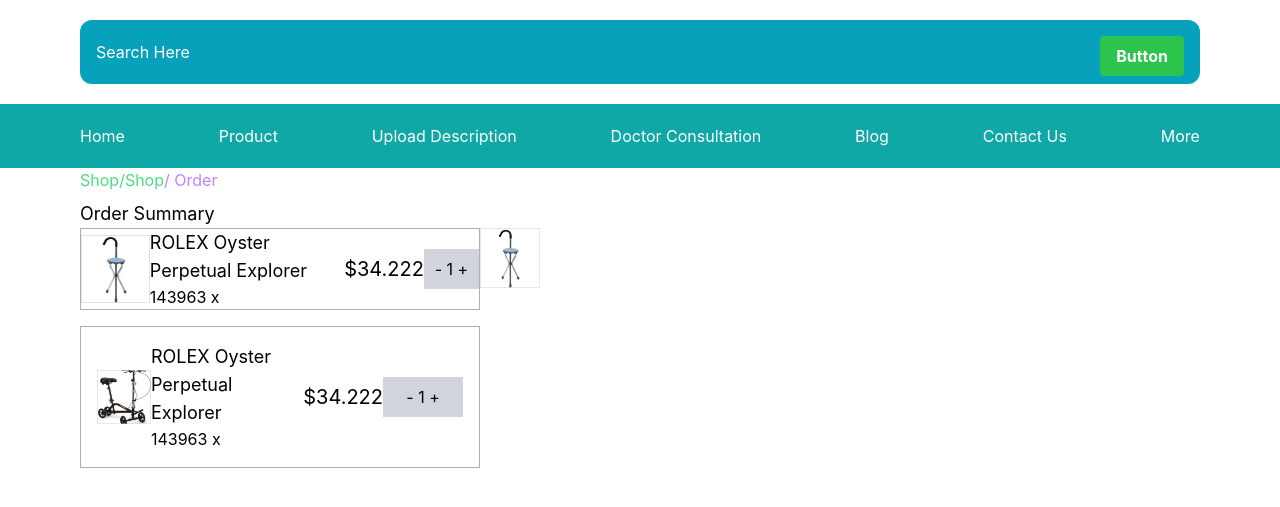
Repository: arafatmollah/pharma
Page: /
The author's editor kept a copy of each file at every save. The page is drawn from the files as they stood at one save, then again after the next save.
The browser window is 1280 px wide. The pictures show the whole page.
The project was rebuilt for these pictures with package versions that can differ from the ones it lists, and the page was loaded fresh each time.

Above is the page before, as saved 2023-03-12 21:48:18.

### src/App.js

import './App.css';
import Nav from './Nav';
import Order from './Order';

function App() {
  return (
    <div className="App">
      <Nav></Nav>
      <Order></Order>
    </div>
  );
}

export default App;

### src/App.css
.box-border{
    background-color: #08A1BC;
}
.btn {
    @apply font-bold py-2 px-4 rounded;
    background-color: #2BC44C;
    color: white;
  }
  .btn-blue {
    @apply bg-blue-500 text-white;
  }
  .btn-blue:hover {
    @apply bg-blue-700;
  }
.nav{
    background-color: #0FA8A6;
}
.order{
    border: 1px solid rgb(175, 175, 175);
    border: 100%;
}
.list{
  display: grid;
  grid-template-columns: 400px 60px;
}

### src/Nav.js
import React from 'react'
import './App.css';

function Nav() {
  return (
    <div>
        <div className='box-border h-16 w-100 p-4 mx-20 my-5 rounded-xl'>
          <div className='flex justify-between align-middle'>
                <p className='text-white mt-1'>Search Here</p>
                <button class="btn mb-1"> Button</button>
          </div>
        </div>
        <div className='box-border h-16 w-100 nav'>
            <div className='flex mx-20 items-center justify-between text-white'>
            <div className='mt-5'>Home</div>
            <div className='mt-5'> Product</div>
            <div className='mt-5'>Upload Description</div>
            <div className='mt-5'>Doctor Consultation</div>
            <div className='mt-5'>Blog</div>
            <div className='mt-5'>Contact Us</div>
            <div className='mt-5'>More</div>
            </div>
        </div>
    </div>
  )
}

export default Nav

### src/Order.js
import React from 'react'
import img from './images/img.png'
import im from './images/im.png'

function order() {
  return (
    <div>
        <div className='flex mx-20'>
            <p className='text-green-400'>Shop</p>
            <p className='text-green-400'>/Shop</p>
            <p className='text-purple-400'>/ Order</p>
        </div>
        <div className='mt-2 mx-20'>
          <h3 className='text-lg'>Order Summary</h3>
        </div>
        <div className='mx-20 list'>
          <div>
          <div className='flex border-box w-100 order justify-center items-center justify-between'>
            <div>
              <img src={img}></img>
            </div>
            <div>
              <h1 className='text-lg'>ROLEX Oyster Perpetual Explorer</h1>
              <p>143963 x</p>
            </div>
            <div>
              <h3 className='text-xl'>$34.222</h3>
            </div>
            <div className='bg-gray-300 h-10 w-20 flex justify-center items-center'>
                - 1 +
              </div>
          </div>
          <div className='flex border-box p-4 order mt-4 justify-between justify-center items-center'>
            <div>
              <img src={im}></img>
            </div>
            <div>
              <h1 className='text-lg'>ROLEX Oyster Perpetual Explorer</h1>
              <p>143963 x</p>
            </div>
            <div>
              <h3 className='text-xl'>$34.222</h3>
            </div>
            <div>
              <div className='bg-gray-300 h-10 w-20 flex justify-center items-center'>
                - 1 +
              </div>
            </div>
          </div>
          </div>
          <div>
          <div>
            <img src={img}></img>
          </div>
        </div>
        </div>

    </div>
  )
}

export default order

Loaded but not shown: public/index.html (common file); src/index.js (common file); src/index.css (common file); src/reportWebVitals.js (common file); tailwind.config.js (common file)

After the next save:
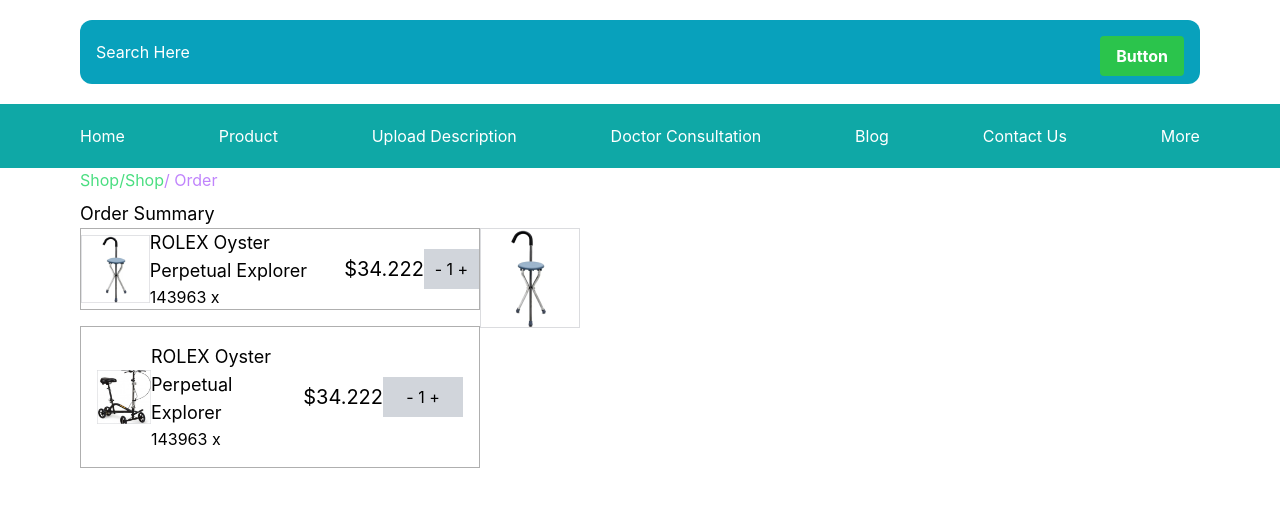
Saved 9 s later.
--- a/src/App.css
+++ b/src/App.css
@@ -21,5 +21,5 @@
 }
 .list{
   display: grid;
-  grid-template-columns: 400px 60px;
+  grid-template-columns: 400px 300px;
 }
